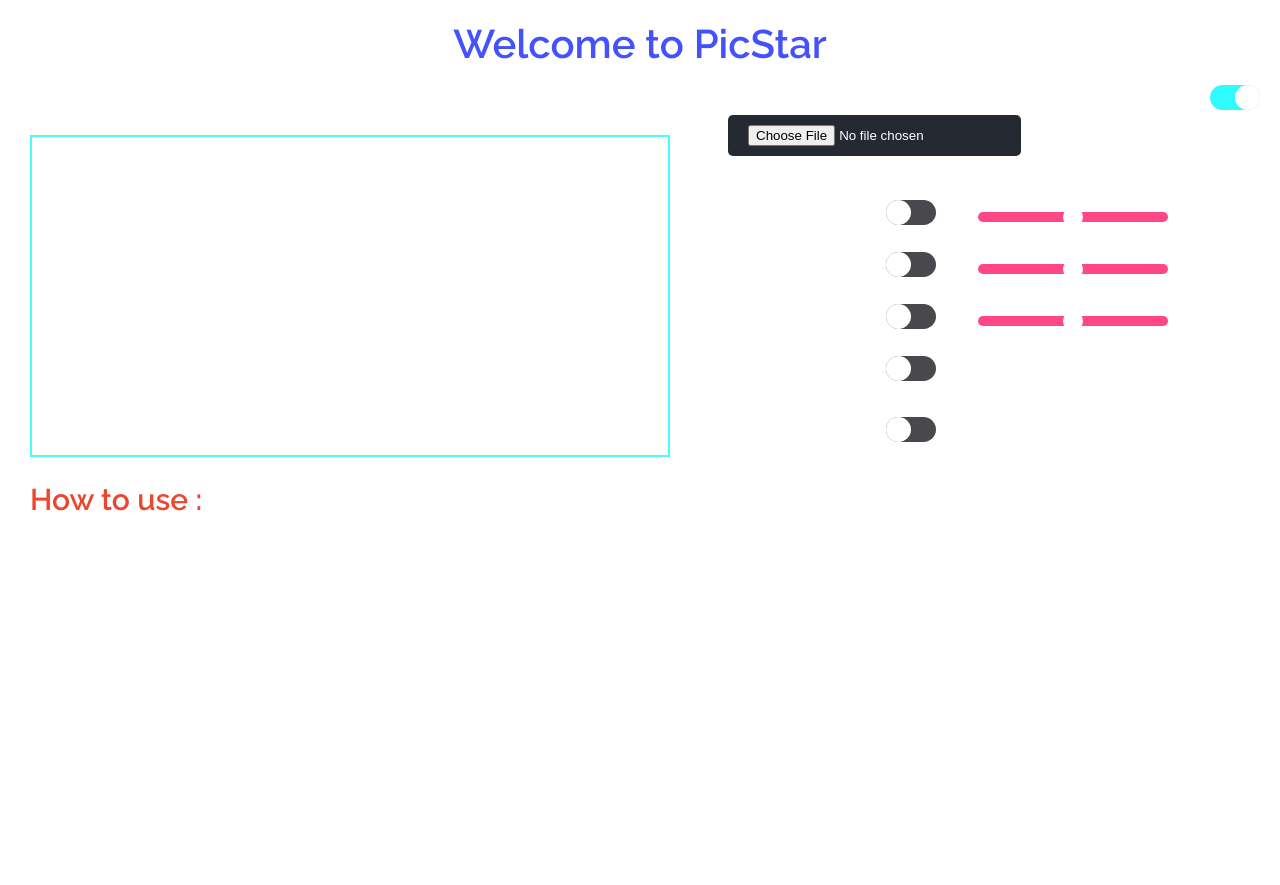
Repository: ANSHIKA1806/PICSTAR
Page: index.html
An editor plug-in stored every save of this project. The page is shown before and after the next save, followed by the edit.
The browser window is 1280 px wide. The pictures show the whole page.
After loading, the first visible `#theme` was changed once.

Above is the page before, as saved 2021-10-08 20:56:27.

After the next save:
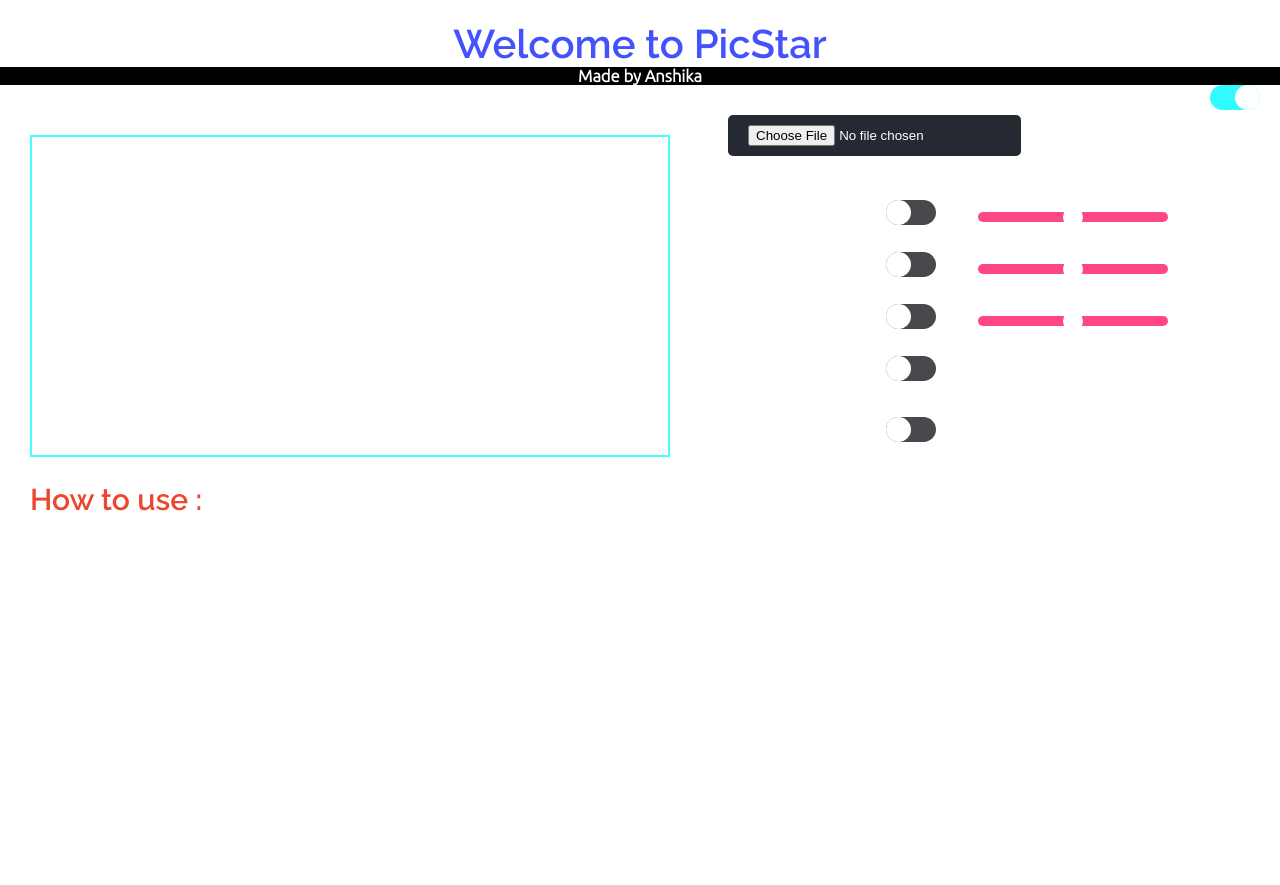
Saved 94 s later.
--- a/script.js
+++ b/script.js
@@ -120,6 +120,8 @@
 			modeActivated.addEventListener('change', function() {
 				if (modeActivated.checked) {
 					document.body.style.background = "#fff";
+					let title = document.getElementById("heading-subtext");
+					title.style.background = "black"
 				}
 				else {
 					document.body.style.background = "black";

After the save that followed:
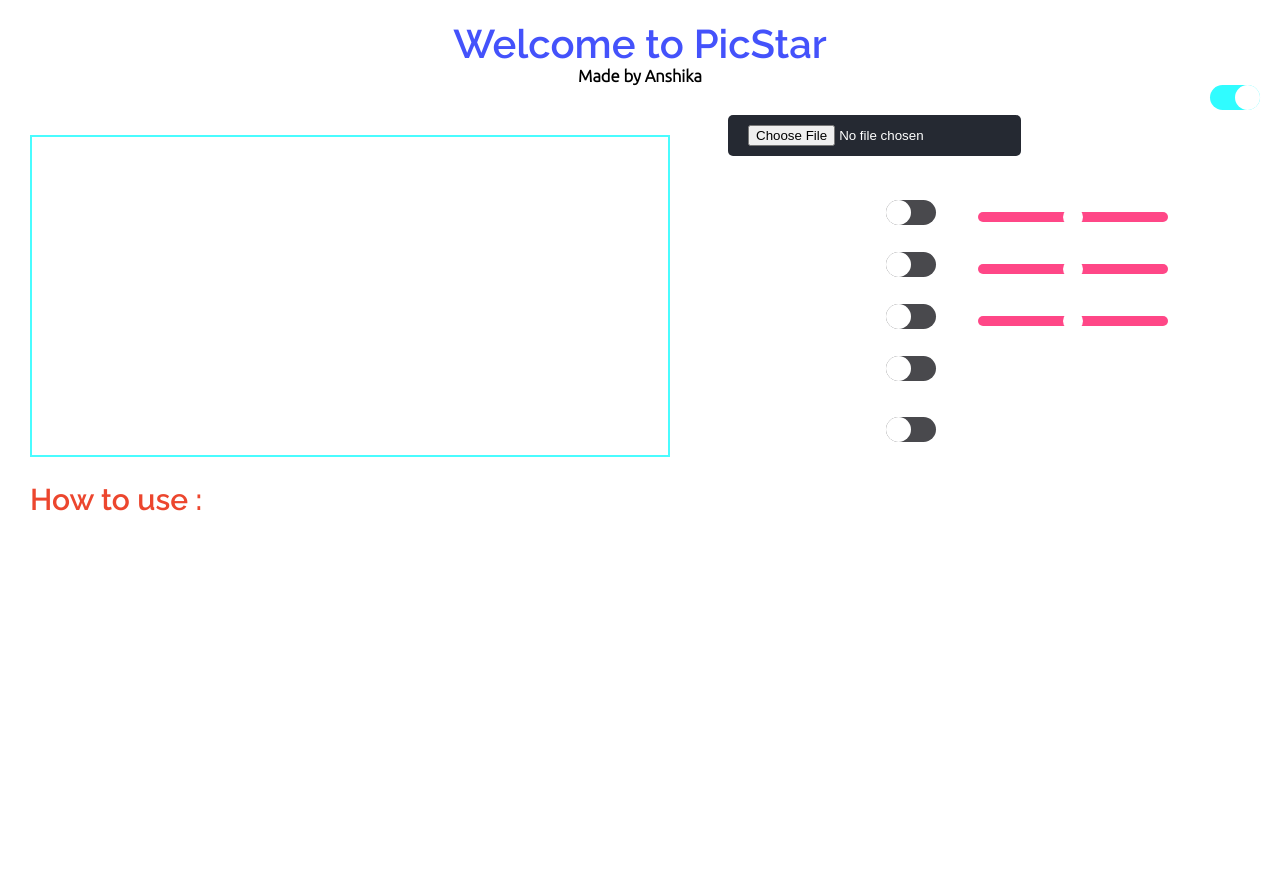
Saved 4 s later.
--- a/script.js
+++ b/script.js
@@ -121,7 +121,7 @@
 				if (modeActivated.checked) {
 					document.body.style.background = "#fff";
 					let title = document.getElementById("heading-subtext");
-					title.style.background = "black"
+					title.style.color = "black"
 				}
 				else {
 					document.body.style.background = "black";
